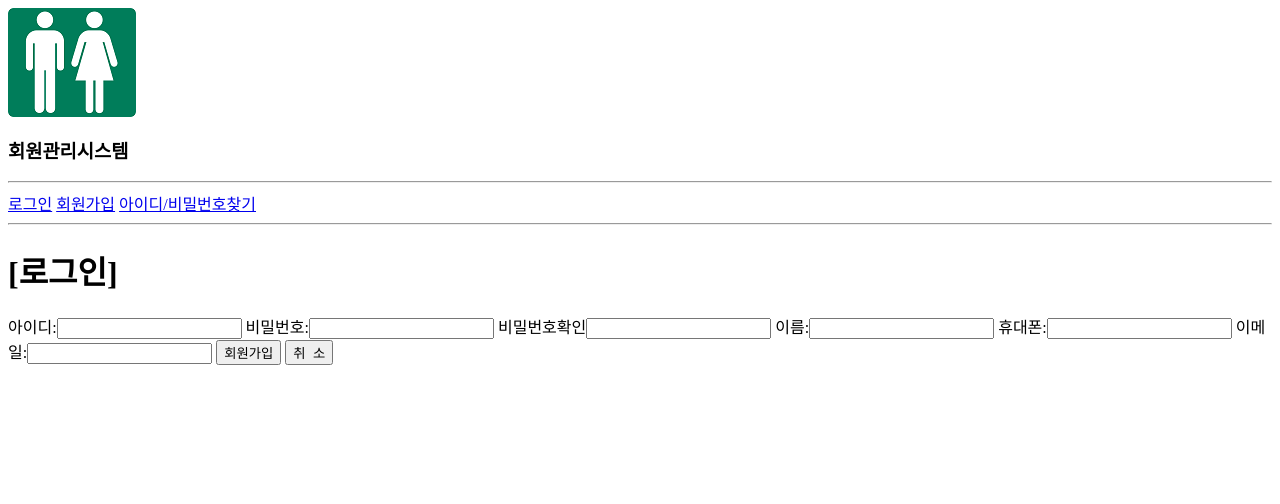
Repository: helloJunejun/WorkSpace_WebUi
Page: 0.1html_basic/src/main/webapp/joinMember.html
The author's editor kept a copy of each file at every save. The page is drawn from the files as they stood at one save, then again after the next save.
The browser window is 1280 px wide. The pictures show the whole page.

Above is the page before, as saved 2021-06-24 00:15:01.

After the next save:
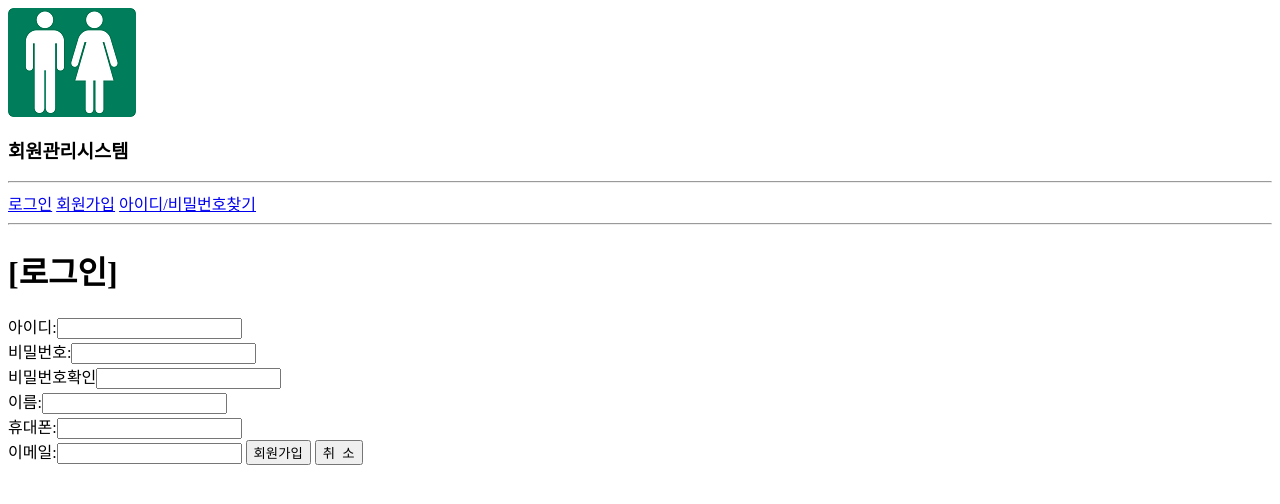
Saved 26 s later.
--- a/0.1html_basic/src/main/webapp/joinMember.html
+++ b/0.1html_basic/src/main/webapp/joinMember.html
@@ -29,11 +29,11 @@
 		<hr>
 	<h1>[로그인]</h1>
 	<form action="result.html" method="post">
-		아이디:<input type="text" name="memberId">
-		비밀번호:<input type="password" name="memberPw">
-		비밀번호확인<input type="password" name="memberPw">
-		이름:<input type="password" name="memberPw">
-		휴대폰:<input type="password" name="memberPw">
+		아이디:<input type="text" name="memberId"><br>
+		비밀번호:<input type="password" name="memberPw"><br>
+		비밀번호확인<input type="password" name="memberPw"><br>
+		이름:<input type="password" name="memberPw"><br>
+		휴대폰:<input type="password" name="memberPw"><br>
 		이메일:<input type="password" name="memberPw">
 
 
